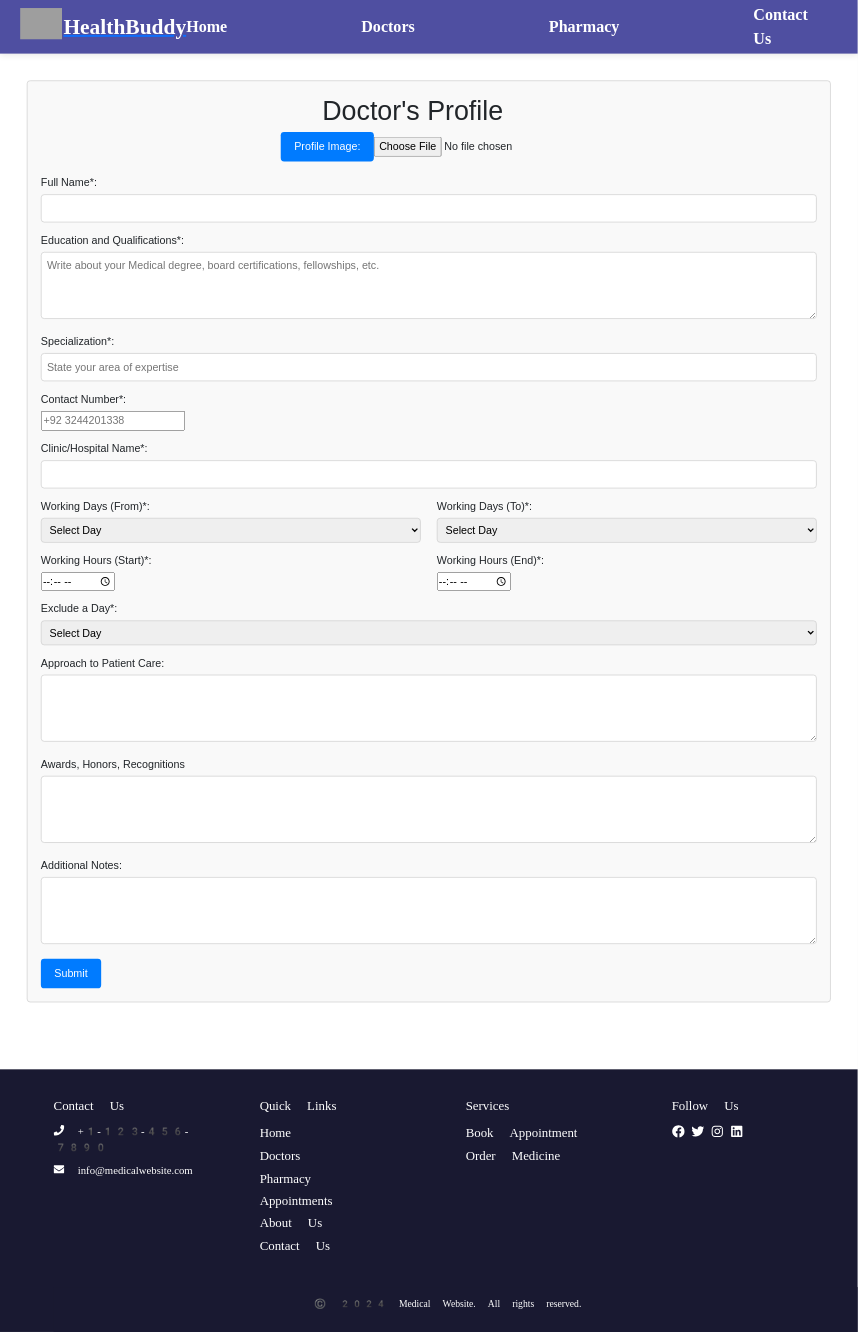
Repository: WajihaGul/MedicalApp-Frontend
Page: /ViewDoctorProfile
The author's editor kept a copy of each file at every save. The page is drawn from the files as they stood at one save, then again after the next save.
The browser window is 1280 px wide. The pictures show the whole page, at 67% of full size.
Pictures or frames that could not be fetched are drawn as grey boxes. The project was rebuilt for these pictures with package versions that can differ from the ones it lists, and the page was loaded fresh each time. Also part of the build but not shown: vite.config.js, src/index.css, src/App.css, src/Components/Accomplishments/Accomplishments.module.css, src/Components/Accomplishments/Accomplishments.jsx, src/Components/Experience/Experience.module.css, src/Components/Experience/Experience.jsx, src/Components/LandingPage/LandingPage.module.css and 47 more.

Above is the page before, as saved 2024-06-09 16:12:44.

After the next save:
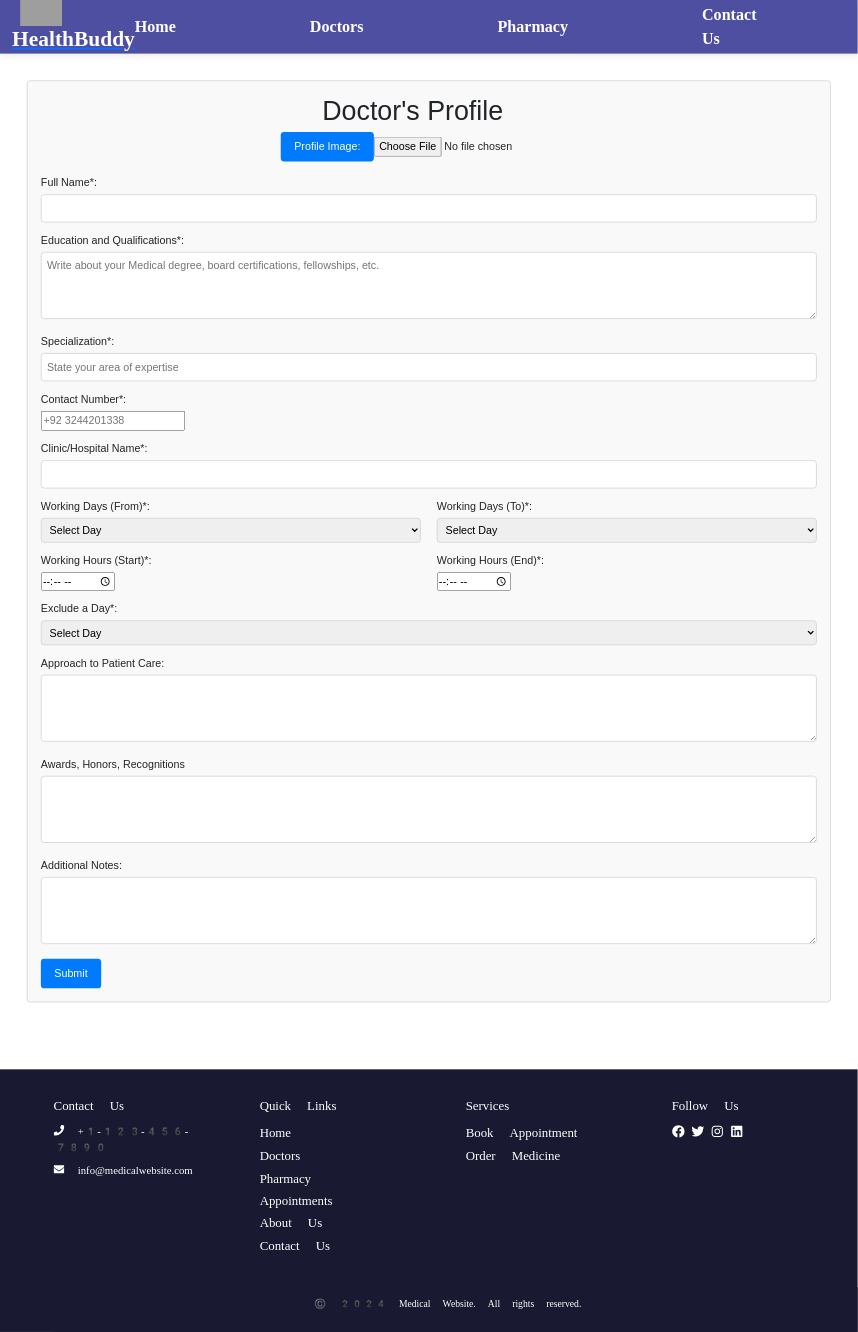
Saved 71 s later.
--- a/src/Components/NavigationBar/Navbar.module.css
+++ b/src/Components/NavigationBar/Navbar.module.css
@@ -78,9 +78,9 @@
 .btn-primary.btn-lg:hover {
 transform: scale(1.05); /* Scale button on hover */
 }
-.loginButton {
+/* .loginButton {
   margin-right: 10px; /* Adjust spacing between buttons */
-}
+} */
 
 .logo {
 display: flex;

After the 2 saves that followed:
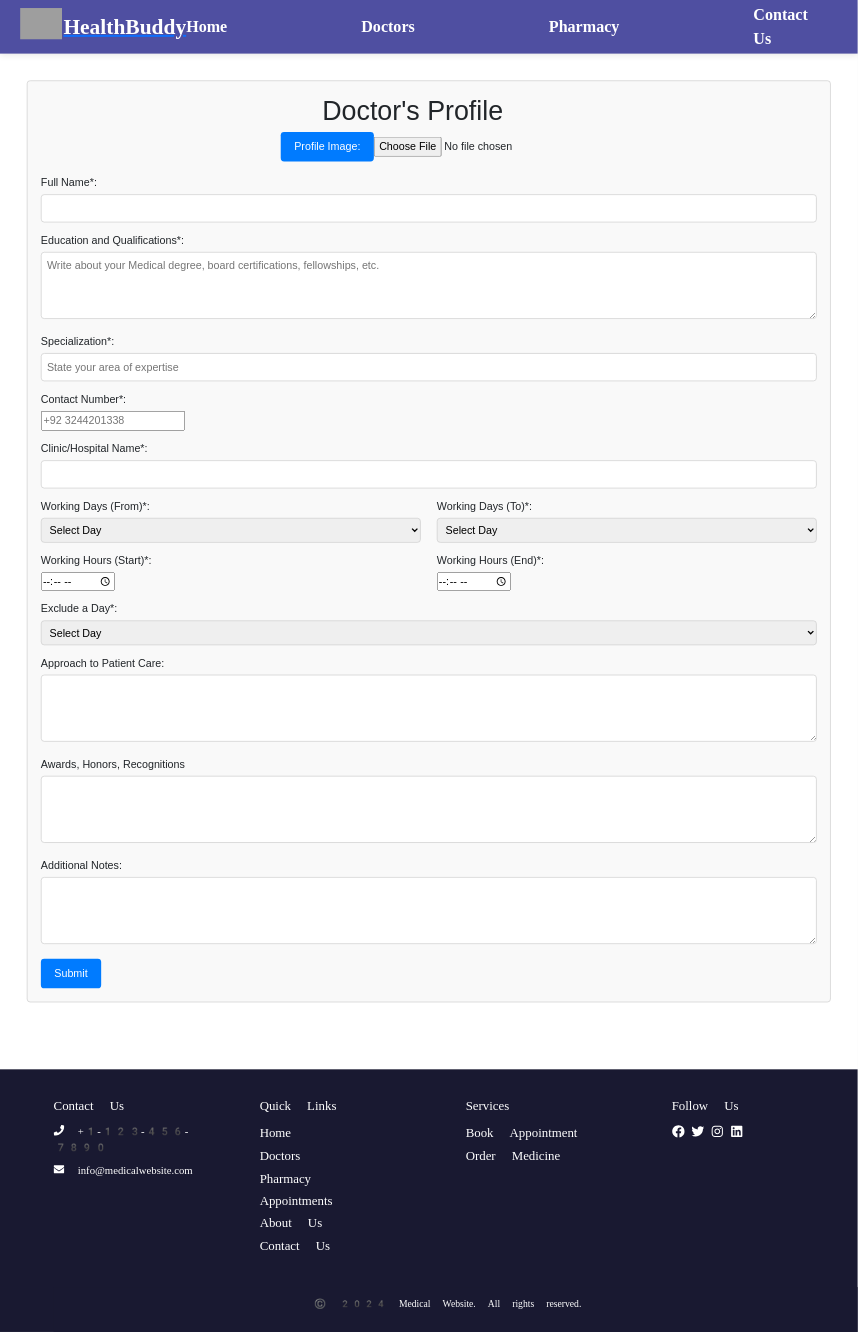
The 2 saves are shown as one change because 1 left the picture as it was.
The last was saved 11 s later.
--- a/src/Components/NavigationBar/Navbar.module.css
+++ b/src/Components/NavigationBar/Navbar.module.css
@@ -80,7 +80,7 @@
 }
 /* .loginButton {
   margin-right: 10px; /* Adjust spacing between buttons */
-} */
+
 
 .logo {
 display: flex;
